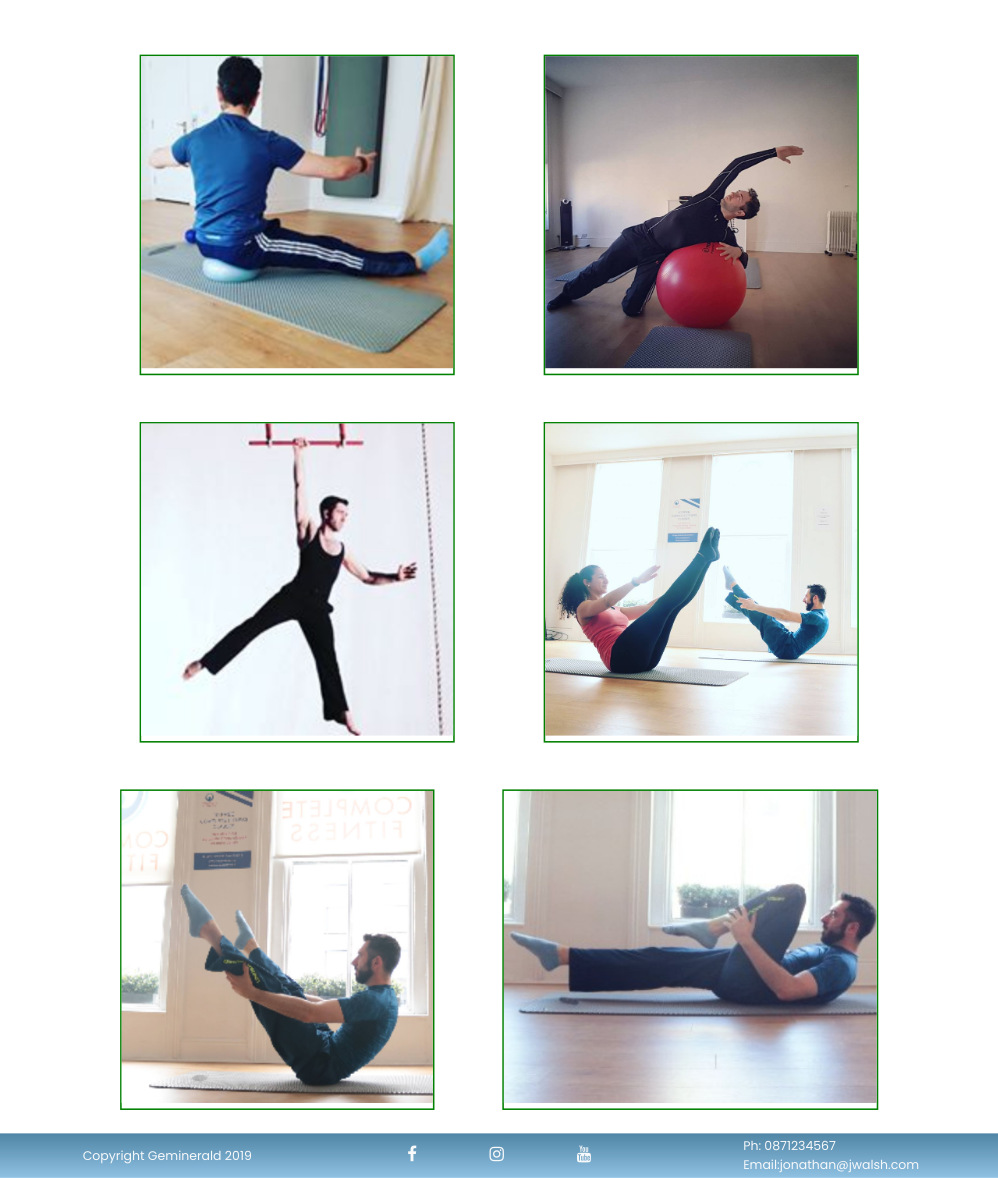
Repository: geminerald/peakwellness
Page: gallery.html
The author's editor kept a record of every edit. The page is drawn from the files as they stood at one moment, then again after the next edit.
The browser window is 1280 px wide. The pictures show the part of the page from y = 1618 to 3128 px (the page is 3128 px tall before and 3116 px after), at 78% of full size.

Above is the page before.

After the next edit:
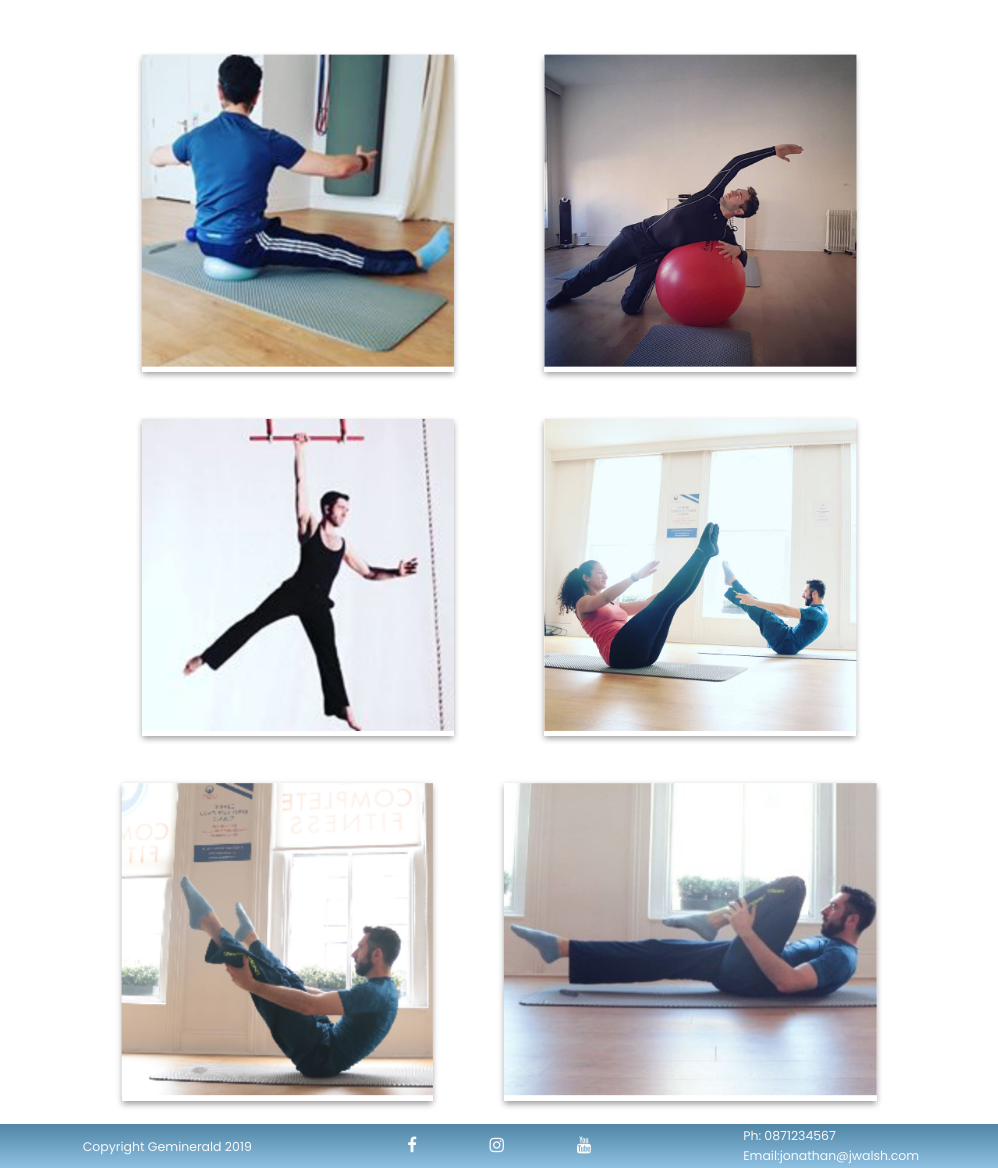
The edit:
--- a/assets/style.css
+++ b/assets/style.css
@@ -99,8 +99,8 @@
 }
 
 .image {
-    border: 2px solid green;
-
+    box-shadow: 0 4px 8px 0 rgba(0, 0, 0, 0.4);
+    transition: 0.3s ease-in;
     margin: 30px;
 }
 
